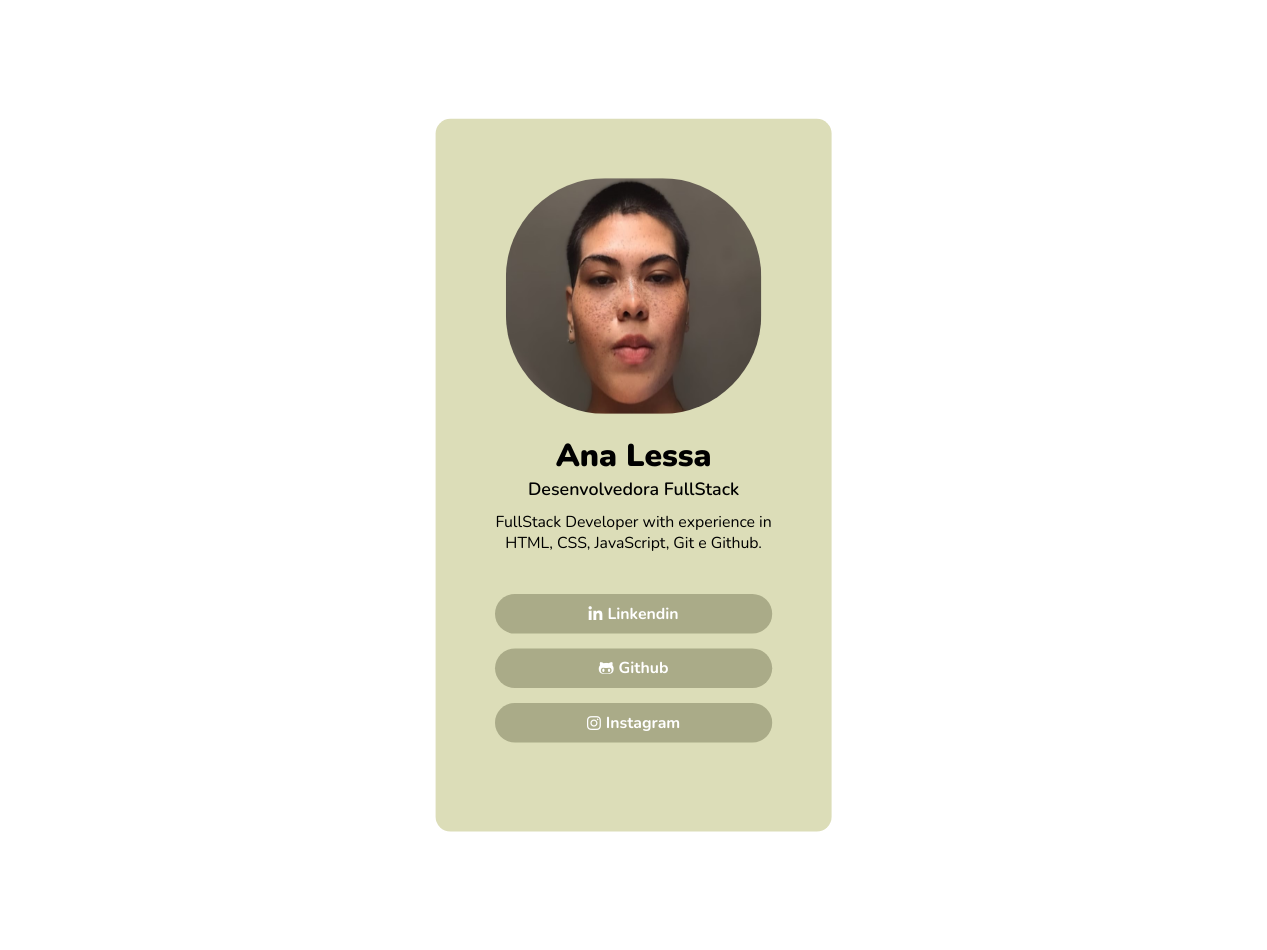
Repository: analessp/linktree
Page: index.html
An editor plug-in stored every save of this project. The page is shown before and after the next save, followed by the edit.
The browser window is 1280 px wide. The pictures show the whole page, at 99% of full size.

Above is the page before, as saved 2025-04-11 11:04:19.

### index.html
<!DOCTYPE html>
<html lang="pt-BR">
<head>
    <meta charset="UTF-8">
    <meta name="viewport" content="width=device-width, initial-scale=1.0">
    <title>Linktree Ana Lessa</title>
    <link rel="stylesheet" href="style.css">
    <link rel="preconnect" href="https://fonts.googleapis.com">
    <link rel="preconnect" href="https://fonts.gstatic.com" crossorigin>
    <link href="https://fonts.googleapis.com/css2?family=Nunito:ital,wght@0,200..1000;1,200..1000&display=swap" rel="stylesheet">
    <link rel="stylesheet" href="https://cdnjs.cloudflare.com/ajax/libs/font-awesome/6.5.0/css/all.min.css">
</head>
<body>
    <div class="container-main">
    <div class="container-image">
        <img src="./assets/img.jpg" alt="Foto de Ana Lessa">
    </div>
    <div class="container-infos">
        <h1>Ana Lessa</h1>
        <h2>Desenvolvedora FullStack</h2>
    </div>
    <div class="container-easter-egg">
        <p>FullStack Developer with experience in HTML, CSS, JavaScript, Git e Github.</p>
    </div>
    <div class="container-social-links">
        <ul>
            <a href="https://www.linkedin.com/in/ana-lessa-2a312a253/" target="_blank">
            <li>
            <i class="fa-brands fa-linkedin-in"></i>
            <p>Linkendin</p>
            </li></a>
            <a href="https://github.com/analessp" target="_blank">
            <li>
            <i class="fa-brands fa-github-alt"></i>
            <p>Github</p>
            </li></a>
            <a href="https://www.instagram.com/analessp/" target="_blank">
            <li>
            <i class="fa-brands fa-instagram"></i>
            <p>Instagram</p>
            </li></a>
        </ul>
    </div>
    </div>
</body>
</html>

### style.css
* {
    font-family: "Nunito", sans-serif;
    margin: 0;
    padding: 0;
    box-sizing: border-box;
}

body {
    background-color: c3c4a0;
}

.container-main {
    background-color: #dcddb8;
    width: 400px;
    height: 720px;
    box-sizing: border-box;
    margin: 120px auto;
    padding: 60px;
    border-radius: 15px;
    text-align: center;
}

.container-image img{
        width: 258px;
        height: 238px;
        border-radius: 100px;
}

.container-infos {
margin-top: 15px;
margin-bottom: 10px;
}

.container-infos h1 {
    font-weight: 900;
}

.container-infos h2 {
    font-weight: 600;
    font-size: 18px;
}

.container-social-links ul {
    list-style: none;
}

.container-social-links a {
    text-decoration: none;
    color: #ffffff;
}

.container-social-links {
    margin-top: 40px;
}

.container-social-links li {
    display: flex;
    justify-content: center;
    gap: 5px;
    align-items: center;
    width: 280px;
    height: 40px;
    background-color: #aaab88;
    margin: 15px 0;
    padding: 8px 0;
    border-radius: 20px;
    font-weight: 700;
    transform-origin: 0.6%;

    &:hover {
        background-color: bisque (0, 0, 0);
        transform: scale(1.1);
    }
}

After the next save:
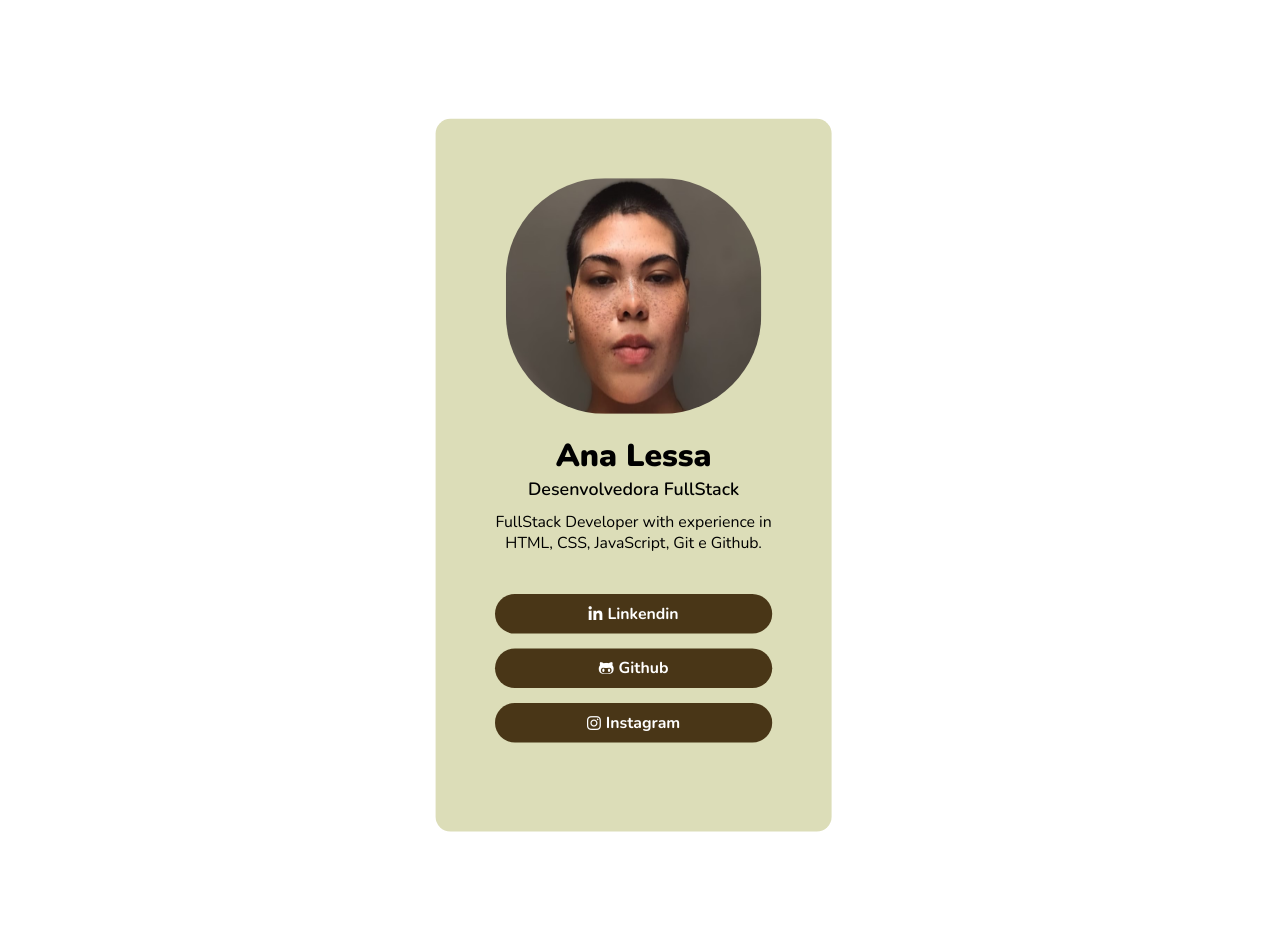
Saved 4 min 49 s later.
--- a/style.css
+++ b/style.css
@@ -60,7 +60,7 @@ margin-bottom: 10px;
     align-items: center;
     width: 280px;
     height: 40px;
-    background-color: #aaab88;
+    background-color: #493617;
     margin: 15px 0;
     padding: 8px 0;
     border-radius: 20px;
